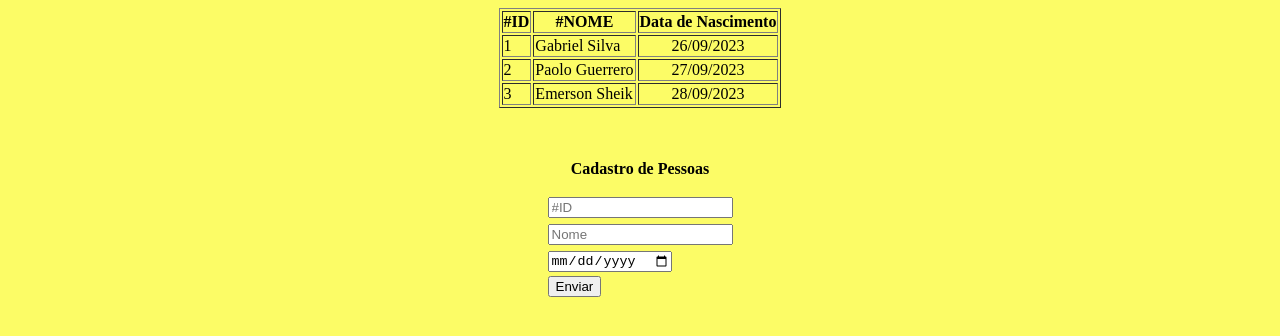
Repository: gabrielsilva9810/FATEC_LABEngSoftware
Page: ExemploHTML/src/main/webapp/index.html
The author's editor kept a copy of each file at every save. The page is drawn from the files as they stood at one save, then again after the next save.
The browser window is 1280 px wide. The pictures show the whole page.

Above is the page before, as saved 2023-08-26 13:45:23.

### ExemploHTML/src/main/webapp/index.html
<!DOCTYPE html>
<html>

<head>
	<meta charset="UTF-8">
	<link rel="stylesheet" href="./css/styles.css">
	<title>Exemplo HTML</title>
</head>

<body>
	<div align="center">
		<table class="table_round">

		<table border=1>
			<thead>
				<tr>
					<th><b> #ID</b></th>
					<th><b> #NOME</b></th>
					<th><b> Data de Nascimento</b></th>
				</tr>
			</thead>
			<tbody>
				<tr>
					<td>1</td>
					<td>Gabriel Silva</td>
					<td align="center">26/09/2023</td>
				</tr>

				<tr>
					<td>2</td>
					<td>Paolo Guerrero</td>
					<td align="center">27/09/2023</td>
				</tr>

				<tr>
					<td>3</td>
					<td>Emerson Sheik</td>
					<td align="center">28/09/2023</td>
				</tr>


			</tbody>
		</table>

		<br />
		<br />

		<div align="center">

			<form action="https://leandrocolevati.com.br/" method="post">

				<p><b> Cadastro de Pessoas</b></p>



			<table>
				<tr>

					<td>
						<input type="number" min="0" step="1" id="id" name="id" placeholder="#ID" required="required">

					</td>
				<tr>

				</tr>
				<td>
					<input type="text" id="nome" name="nome" placeholder="Nome" required="required">

				</td>

				<tr>

				</tr>
				<td>
					<input type="date" id="id" name="dataNasc" placeholder="Data de Nascimento" required="required">

				</td>

				</tr>

				<tr>
					<td>
						<input type="submit" id="enviar" name="enviar" value="Enviar">
					</td>
				</tr>

			</table>

			</form>


		</div>

	</div>
</body>

</html>

### ExemploHTML/src/main/webapp/css/styles.css
@charset "UTF-8";

body{
	background-color: #FCFC66;
}

After the next save:
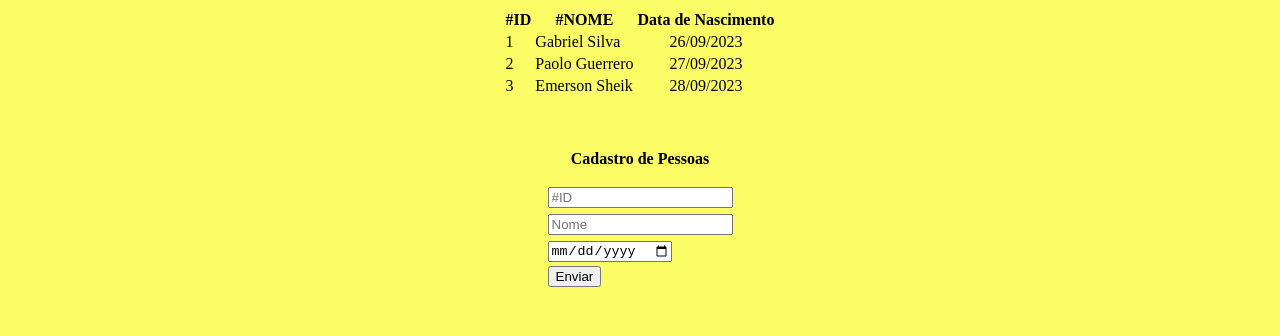
Saved 24 s later.
--- a/ExemploHTML/src/main/webapp/index.html
+++ b/ExemploHTML/src/main/webapp/index.html
@@ -10,8 +10,6 @@
 <body>
 	<div align="center">
 		<table class="table_round">
-
-		<table border=1>
 			<thead>
 				<tr>
 					<th><b> #ID</b></th>
